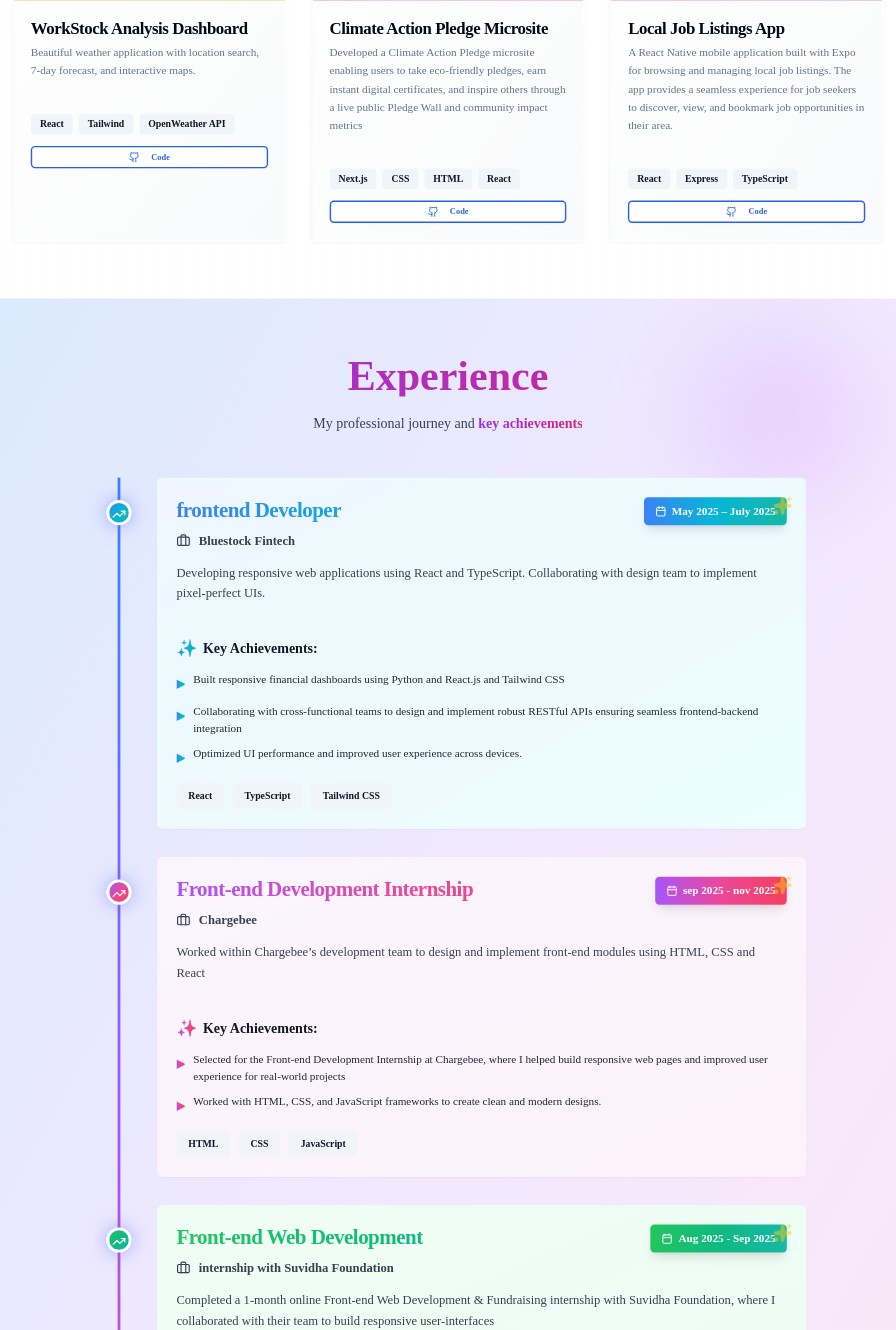
Repository: sm6746/PORTFOLIO
Page: /
An editor plug-in stored every save of this project. The page is shown before and after the next save, followed by the edit.
The browser window is 1280 px wide. The pictures show the part of the page from y = 3639 to 5539 px (the page is 8736 px tall), at 70% of full size.
The project was rebuilt for these pictures with package versions that can differ from the ones it lists, and the page was loaded fresh each time. Also part of the build but not shown: vite.config.ts.

Above is the page before, as saved 2025-11-24 23:39:46.

After the next save:
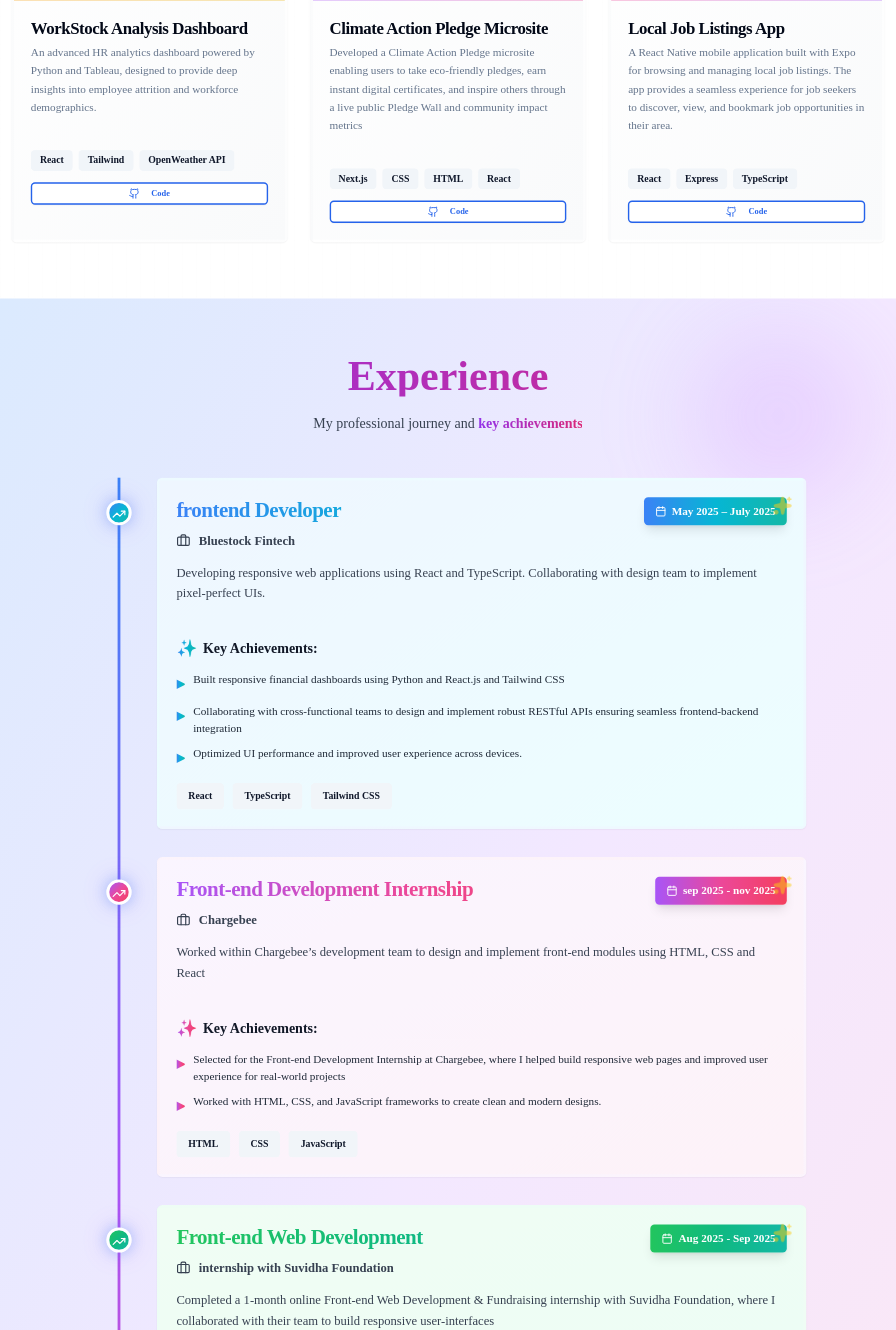
Saved 15 s later.
--- a/components/projects-section.tsx
+++ b/components/projects-section.tsx
@@ -43,7 +43,7 @@ export function ProjectsSection() {
     },
     {
       title: 'WorkStock Analysis Dashboard',
-      description: 'Beautiful weather application with location search, 7-day forecast, and interactive maps.',
+      description: 'An advanced HR analytics dashboard powered by Python and Tableau, designed to provide deep insights into employee attrition and workforce demographics.',
       image: '/assets/images/default.svg',
       tags: ['React', 'Tailwind', 'OpenWeather API'],
       category: 'Frontend',
